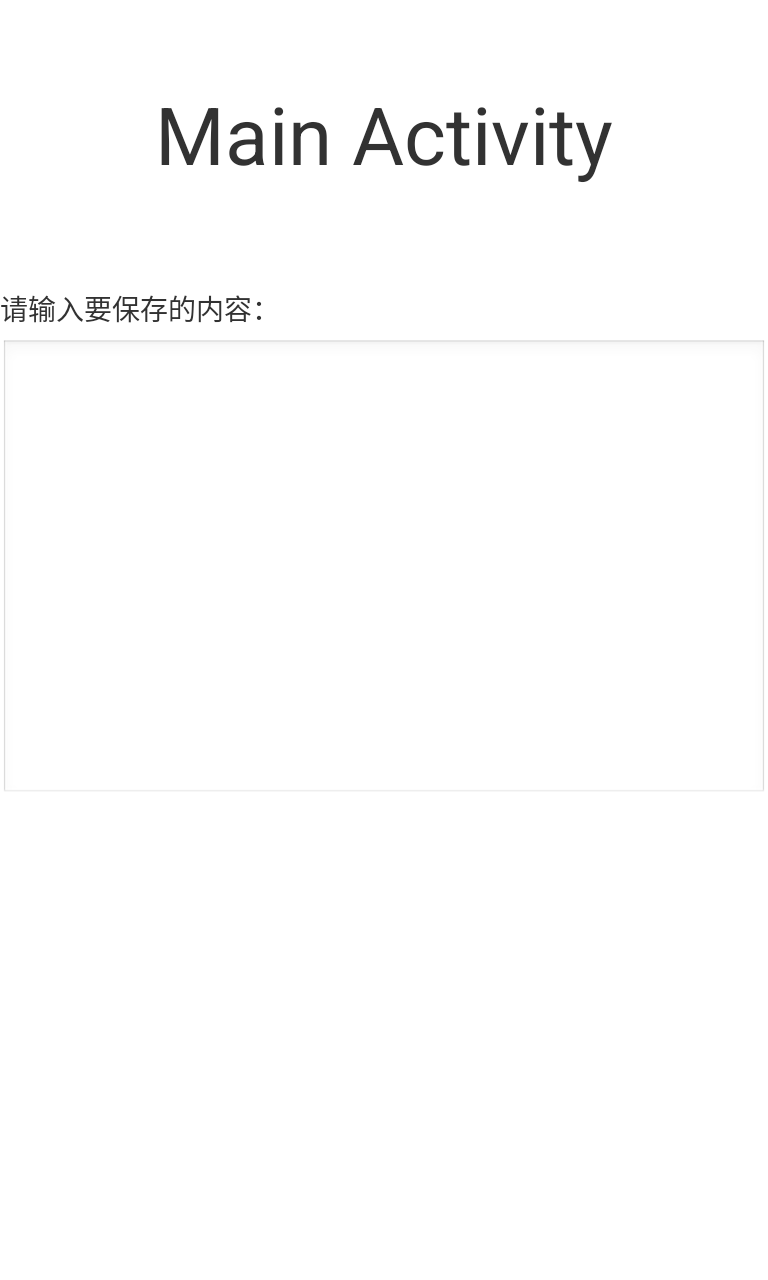
Repository: CiLiNet-Android/courseware
Layout: Android数据存储/文件数据存储/SourceCodes/InternalFileIODemo/res/layout/activity_main.xml
These files come from the project's save history. The layout is drawn as it stood at one moment and after the next save; the edit follows.
It is drawn on a 768 x 1280 px phone screen (xhdpi) without system bars, with theme AppTheme; the app's code is not run.

Above is the layout before, as saved 2014-01-02 01:45:00.

### Android数据存储/文件数据存储/SourceCodes/InternalFileIODemo/res/layout/activity_main.xml
<?xml version="1.0" encoding="utf-8"?>
<LinearLayout xmlns:android="http://schemas.android.com/apk/res/android"
    android:layout_width="match_parent"
    android:layout_height="match_parent"
    android:orientation="vertical" >

    <TextView
        android:layout_width="match_parent"
        android:layout_height="wrap_content"
        android:layout_marginTop="40dp"
        android:gravity="center_horizontal"
        android:text="Main Activity"
        android:textSize="40sp"/>

    <TextView
        android:layout_width="match_parent"
        android:layout_height="wrap_content"
        android:layout_marginTop="50dp"
        android:text="请输入要保存的内容："
        android:textSize="14sp"/>

    <EditText
        android:layout_width="match_parent"
        android:layout_height="wrap_content"
        android:layout_marginTop="5dp"
        android:minLines="10"
        android:id="@+id/edtTxt_info"/>

</LinearLayout>

Loaded but not shown: Android数据存储/文件数据存储/SourceCodes/InternalFileIODemo/res/values/styles.xml (common file)

After the next save:
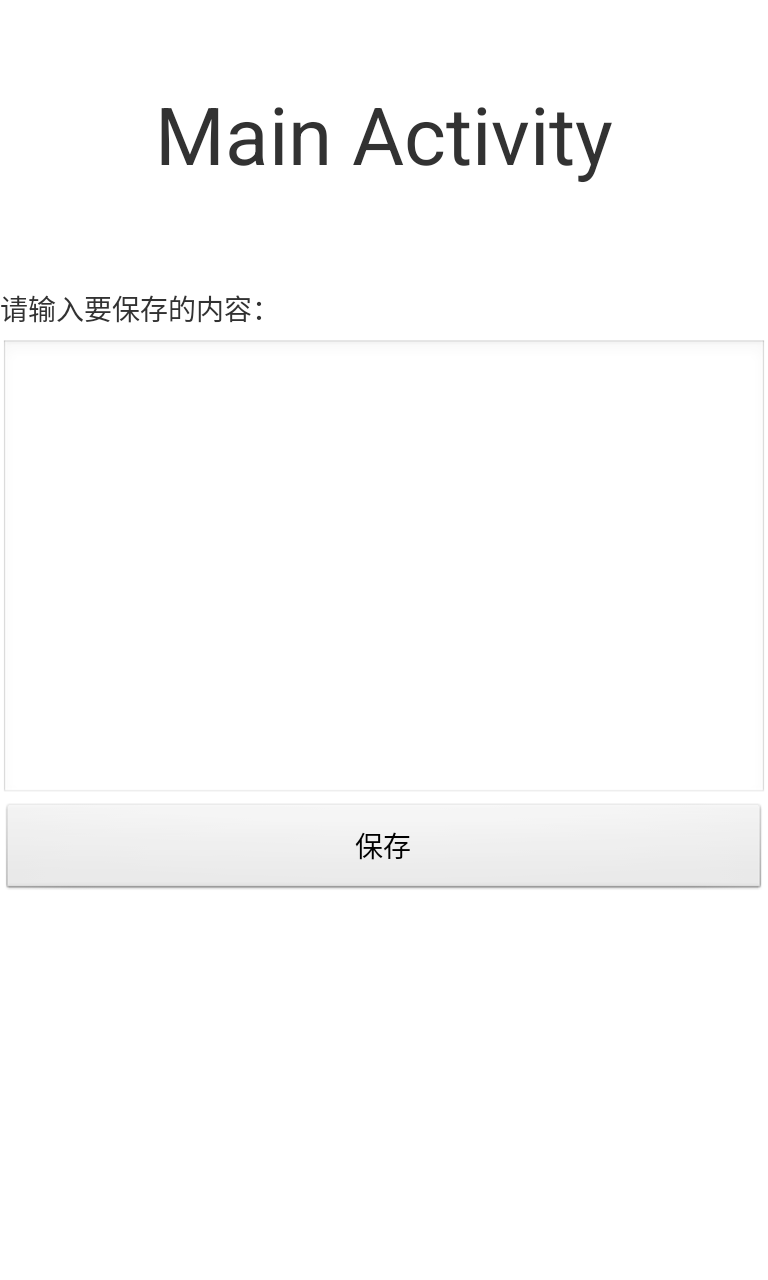
Saved 37 s later.
--- a/Android数据存储/文件数据存储/SourceCodes/InternalFileIODemo/res/layout/activity_main.xml
+++ b/Android数据存储/文件数据存储/SourceCodes/InternalFileIODemo/res/layout/activity_main.xml
@@ -26,4 +26,9 @@
         android:minLines="10"
         android:id="@+id/edtTxt_info"/>
 
+    <Button
+        android:layout_width="match_parent"
+        android:layout_height="wrap_content"
+        android:text="保存"/>
+
 </LinearLayout>
